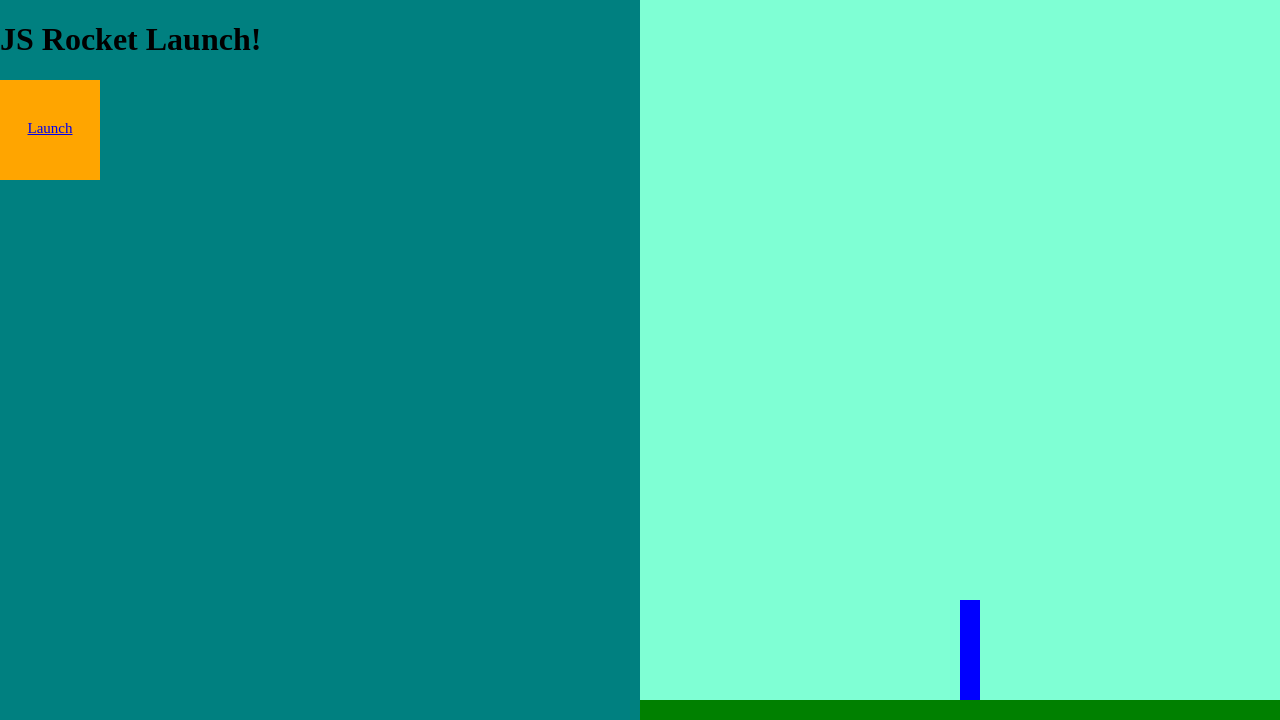
Repository: alcarrizo/Rocket-launch
Page: index.html
An editor plug-in stored every save of this project. The page is shown before and after the next save, followed by the edit.
The browser window is 1280 px wide. The pictures show the whole page.

Above is the page before, as saved 2022-10-19 22:35:55.

### index.html
<!DOCTYPE html>
<html lang="en">
<head>
    <meta charset="UTF-8">
    <meta http-equiv="X-UA-Compatible" content="IE=edge">
    <meta name="viewport" content="width=device-width, initial-scale=1.0">
    <title>Rocket Launch sequence</title>
    <script type="text/javascript" src="js/script.js"> </script>
    <link rel="stylesheet" href="css/style.css">
</head>
<body class="body-state1" id="body">
    <div class="left">
        <div class="state1">
            <h1>JS Rocket Launch!</h1>
            <a href="#" class="button" onclick="changeState(2);">Launch</a>
        </div>
        <div class="state2">
            <h1 class="countdown" id="countdown">10</h1>
            <a href="#" class="button" onclick="changeState(1);">Abort</a>
        </div>
        <div class="state3">
            <h1>Lift Off!</h1>
        </div>
        <div class="state4">
            <h1>Well done!</h1>
            <a href="#" class="button" onclick="changeState(1);">Do it again</a>
        </div>
        <div class="state5">
            <h1>Oh No!!!!</h1>
            <a href="#" class="button" onclick="changeState(1);">Try Again!</a>
        </div>
    </div>

    <div class="right">
        <div class="rocket" id="rocket"></div>
        <div class="ground"></div>
    </div>
</body>
</html>

### js/script.js
/*var countDown = function (i) {
    console.log(i)
    setTimeout(function () {
        i--
        document.getElementById("countdown").innerHTML = i;
        if (document.getElementById('body').className != 'body-state1') {
            if (i > 0) {
                countDown(i)
            }
            else {
                changeState(3)
            }
        }

    }, 1000)
}*/
var timer = null;
var CountDownNum = 10;
var changeState = function (state) {
    document.body.className = 'body-state' + state;
    clearInterval(timer);
    if (state != 2 && document.getElementById('countdown').innerHTML != 10) {
        CountDownNum = 10;
        document.getElementById('countdown').innerHTML = CountDownNum;
    }
    if (state == 2) {
        timer = setInterval(() => {
            CountDownNum -= 1;
            document.getElementById('countdown').innerHTML = CountDownNum;

            if (CountDownNum <= 0) {
                changeState(3);

            }
        }, 200);
    }
    else if (state == 3) {
        var success = setTimeout(() => {
            var randomNum = Math.round(Math.random() * 10)
            //success
            console.log('random number: ' + randomNum)
            if (randomNum > 5) {
                changeState(4)
            }
            else {
                //fail
                changeState(5)
            }

        }, 2000);
    }
    // if (state == 1) {
    //     document.body.className = 'body-state1'
    // }
    // else if (state == 2) {
    //     document.body.className = 'body-state2'
    //     countDown(10)
    //     // for (let i = 10; i >= 0; i--) {
    //     //     setTimeout()
    //     //     document.getElementById("countdown").innerHTML = i;
    //     // }
    // }
    // else if (state == 3) {
    //     document.body.className = 'body-state3'
    //     document.getElementById('rocket').className = 'rocket flying';
    // }
    // else if (state == 4) {
    //     document.body.className = 'body-state4'
    // }
    // else {
    //     document.body.className = 'body-state5'
    // }
    // for (let i = 10; i >= 0; i--) {
    //     bdy.content = i;
    // }
    //document.getElementById('rocket').className = 'rocket flying';
}

### css/style.css
body {
    position: relative;
}

.left {
    position: fixed;
    box-sizing: border-box;
    width: 50%;
    height: 100%;
    top: 0;
    left: 0;
    background-color: teal;
}

.right {
    position: fixed;
    box-sizing: border-box;
    width: 50%;
    height: 100%;
    top: 0;
    right: 0;
    background-color: aquamarine;
}

.rocket {
    position: absolute;
    left: 50%;
    bottom: 20px;
    width: 20px;
    height: 100px;
    background-color: blue;
    transition: bottom 10s;

}

.body-state1 .rocket {
    transition: none;
}

.body-state3 .rocket,
.body-state4 .rocket {
    bottom: 1000px;
}


.ground {
    background-color: green;
    position: absolute;
    bottom: 0;
    left: 0;
    width: 100%;
    height: 20px;
}

a {}

a.button {
    display: block;
    box-sizing: border-box;
    text-align: center;
    padding-top: 40px;
    height: 100px;
    width: 100px;
    font-size: 15px;
    background-color: orange;

}

.state1,
.state2,
.state3,
.state4,
.state5 {
    display: none;
}

body.body-state1 .state1 {
    display: block;
}

body.body-state2 .state2 {
    display: block;
}

body.body-state3 .state3 {
    display: block;
}

body.body-state4 .state4 {
    display: block;
}

body.body-state5 .state5 {
    display: block;
}

After the next save:
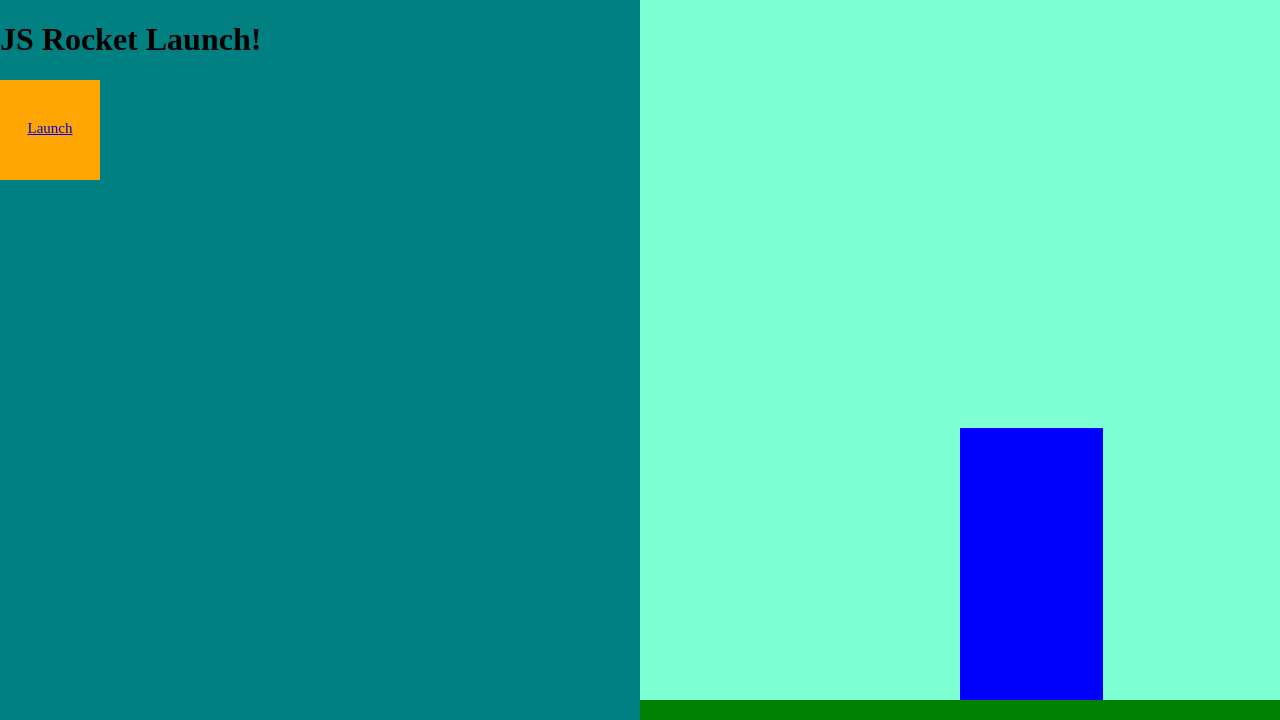
Saved 17 h 22 min later.
--- a/css/style.css
+++ b/css/style.css
@@ -35,6 +35,8 @@ body {
 
 .body-state1 .rocket {
     transition: none;
+    width: 143px;
+    height: 272px;
 }
 
 .body-state3 .rocket,
